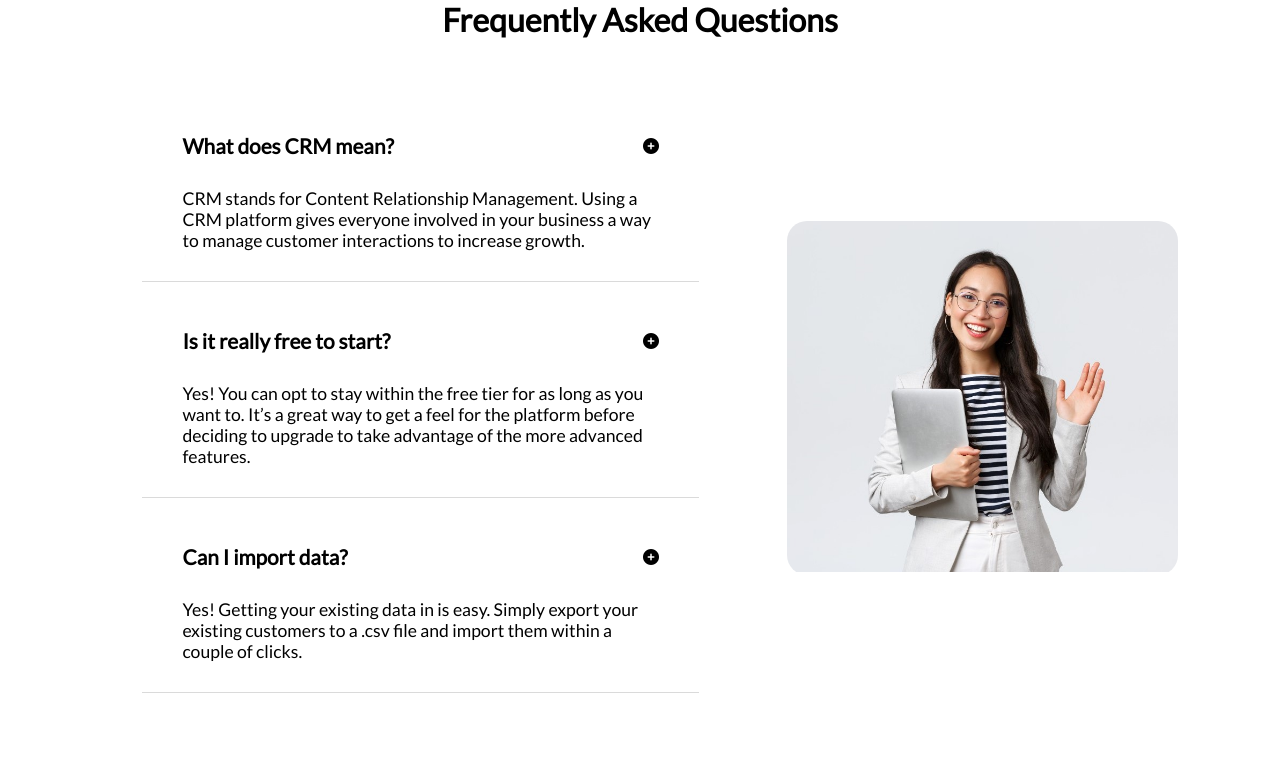
Repository: emiliaiwu/faq_component
Page: index.html
These files come from the project's save history. The page is drawn as it stood at one moment and after the next save; the edit follows.
The browser window is 1280 px wide. The pictures show the whole page.
Some web libraries are served in a nearby version.

Above is the page before, as saved 2022-12-13 16:16:17.

After the next save:
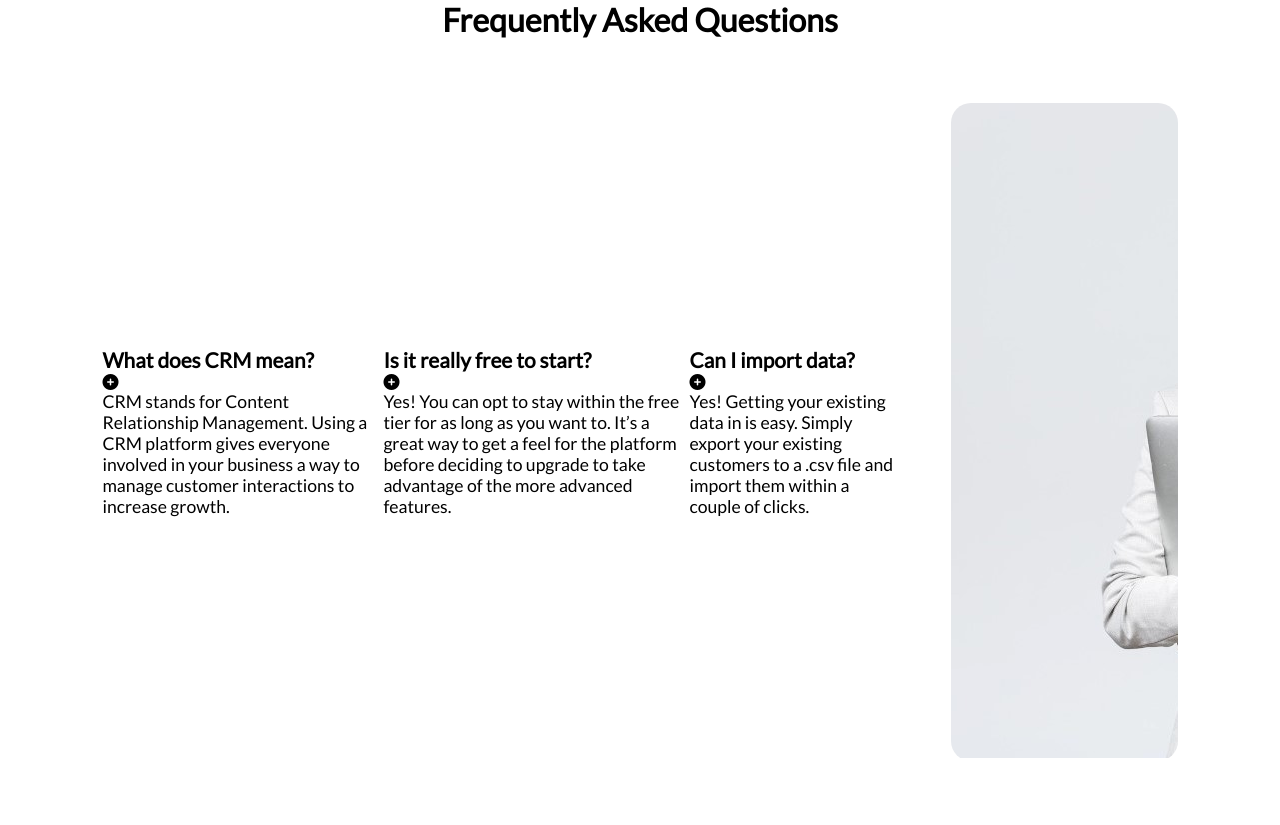
Saved 23 s later.
--- a/style.css
+++ b/style.css
@@ -59,9 +59,9 @@
 }
 
 img {
-    width: 100%;
+    /* width: 100%;
     height: auto;
-}
+} */
 
 .faq_container {
     padding: 0 40px;

After the save that followed:
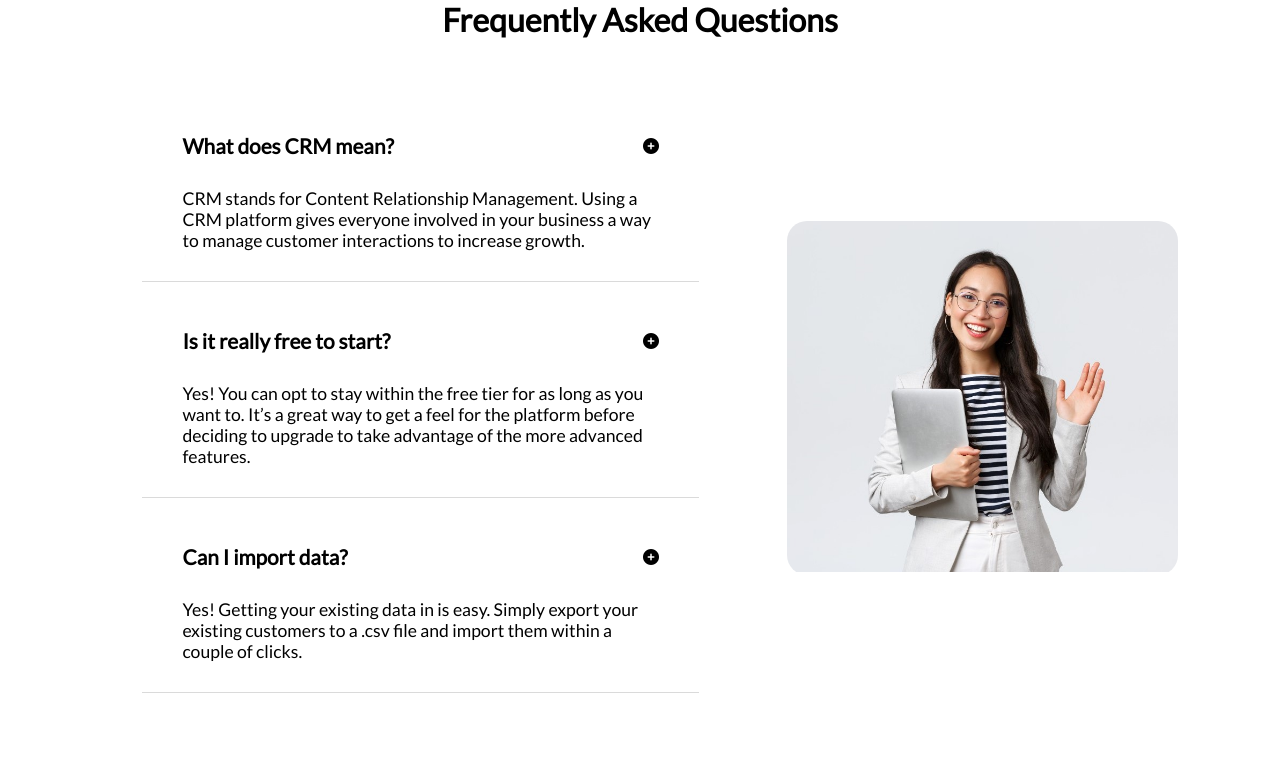
Saved 4 s later.
--- a/style.css
+++ b/style.css
@@ -59,9 +59,9 @@
 }
 
 img {
-    /* width: 100%;
+    width: 100%;
     height: auto;
-} */
+}
 
 .faq_container {
     padding: 0 40px;
